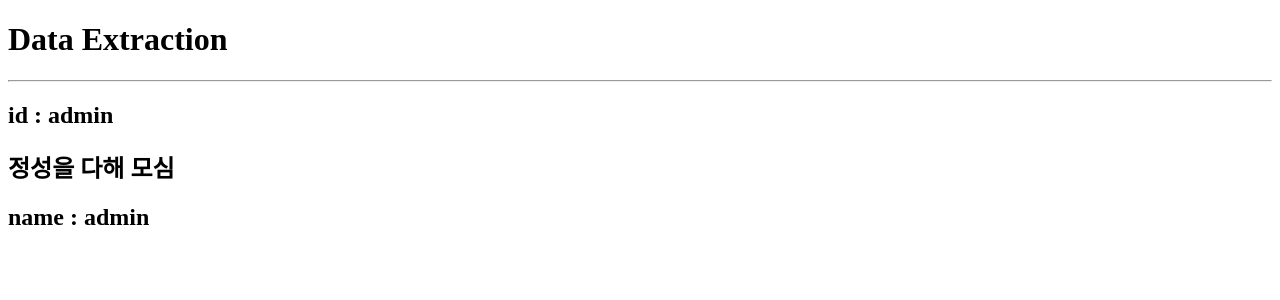
Repository: zxcvne/1400_web_nhs
Page: http://localhost/web/09_param.jsp
The author's editor kept a copy of each file at every save. The page is drawn from the files as they stood at one save, then again after the next save.
The browser window is 1280 px wide. The pictures show the whole page.
The page is served by Tomcat 10. Other server files are loaded and not shown.

Above is the page before, as saved 2025-10-26 07:19:01.

### 05_jsp/src/web/src/main/webapp/09_param.jsp
<%@ page language="java" contentType="text/html; charset=UTF-8"
    pageEncoding="UTF-8"%>
<!DOCTYPE html>
<html>
<head>
<meta charset="UTF-8">
<title>Param Action Tag</title>
</head>
<%
	String shout = "야";

%>
<body>
	<h1>Parameter Action Tag</h1>
	<hr>
	<!-- expression Tag도 Action Tag 내 사용 가능 -->
	<jsp:forward page="09_param_process.jsp">
		<jsp:param name="id" value="admin"/>
		<jsp:param name="name" value="One and Only"/>
	</jsp:forward>
</body>
</html>

### 05_jsp/src/web/src/main/webapp/09_param_process.jsp
<%@ page language="java" contentType="text/html; charset=UTF-8"
    pageEncoding="UTF-8"%>
<!DOCTYPE html>
<html>
<head>
<meta charset="UTF-8">
<title>Param Response</title>
</head>
<body>
<%
	String id = request.getParameter("id");
	String treat = null;

	if(id.equals("admin")){
		treat ="정성을 다해 모심";
	}else {
		treat ="내쫓음";
	}
%>

<h1>Data Extraction</h1>
<hr>
<h2>id : <%= id %></h2>
<h2><%=treat%></h2>
<h2>name : <%=request.getParameter("id")%></h2>
</body>
</html>

After the next save:
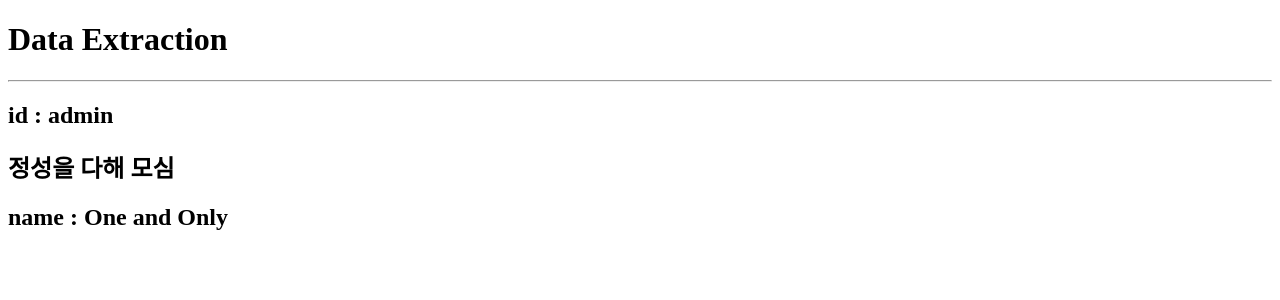
Saved 15 s later.
--- a/05_jsp/src/web/src/main/webapp/09_param_process.jsp
+++ b/05_jsp/src/web/src/main/webapp/09_param_process.jsp
@@ -22,6 +22,6 @@
 <hr>
 <h2>id : <%= id %></h2>
 <h2><%=treat%></h2>
-<h2>name : <%=request.getParameter("id")%></h2>
+<h2>name : <%=request.getParameter("name")%></h2>
 </body>
 </html>
